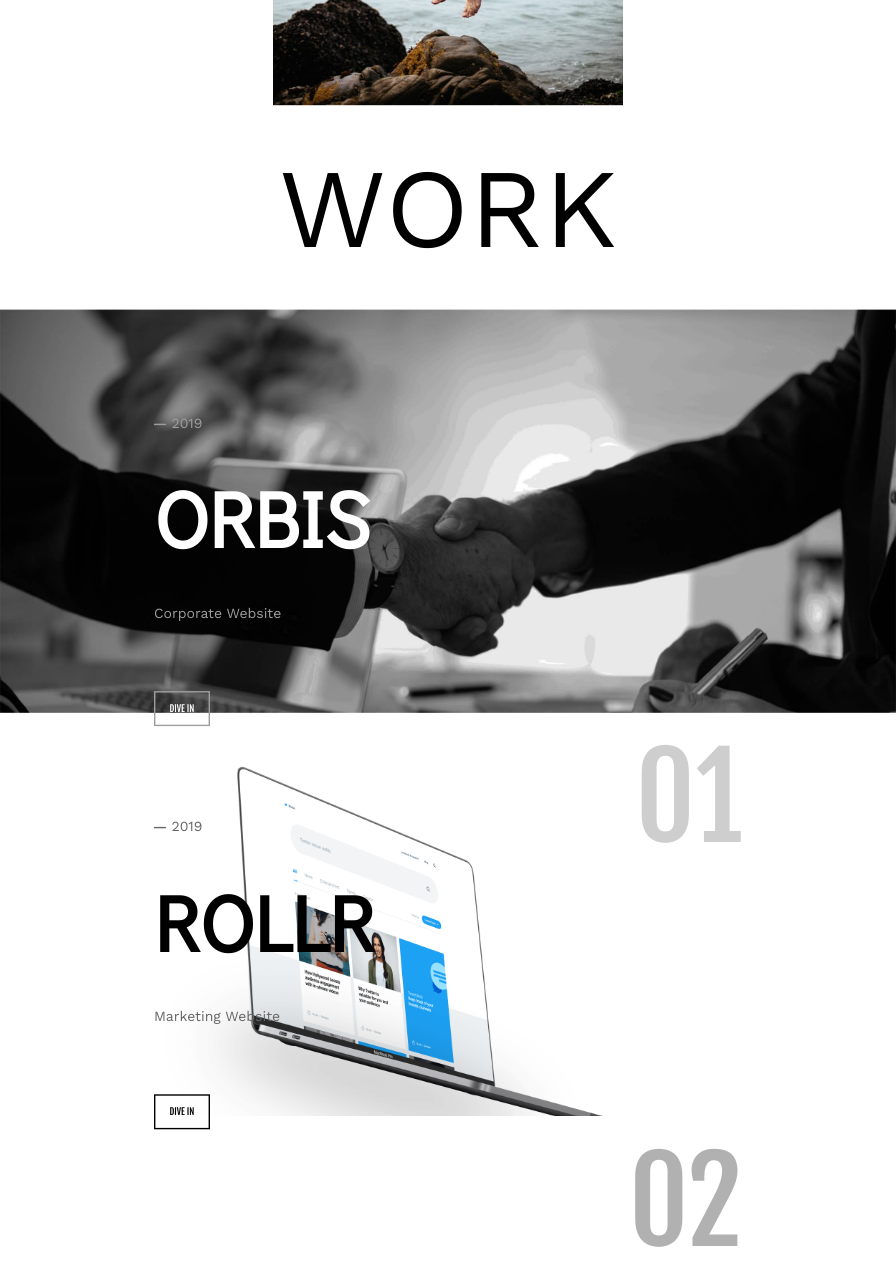
Repository: m0lt/DigitalDesigner
Page: index.html
These files come from the project's save history. The page is drawn as it stood at one moment and after the next save; the edit follows.
The browser window is 1280 px wide. The pictures show the part of the page from y = 966 to 2886 px (the page is 2786 px tall before and 2886 px after), at 70% of full size.
Backgrounds fixed to the window are drawn as part of the page.

Above is the page before, as saved 2025-07-08 11:26:04.

After the next save:
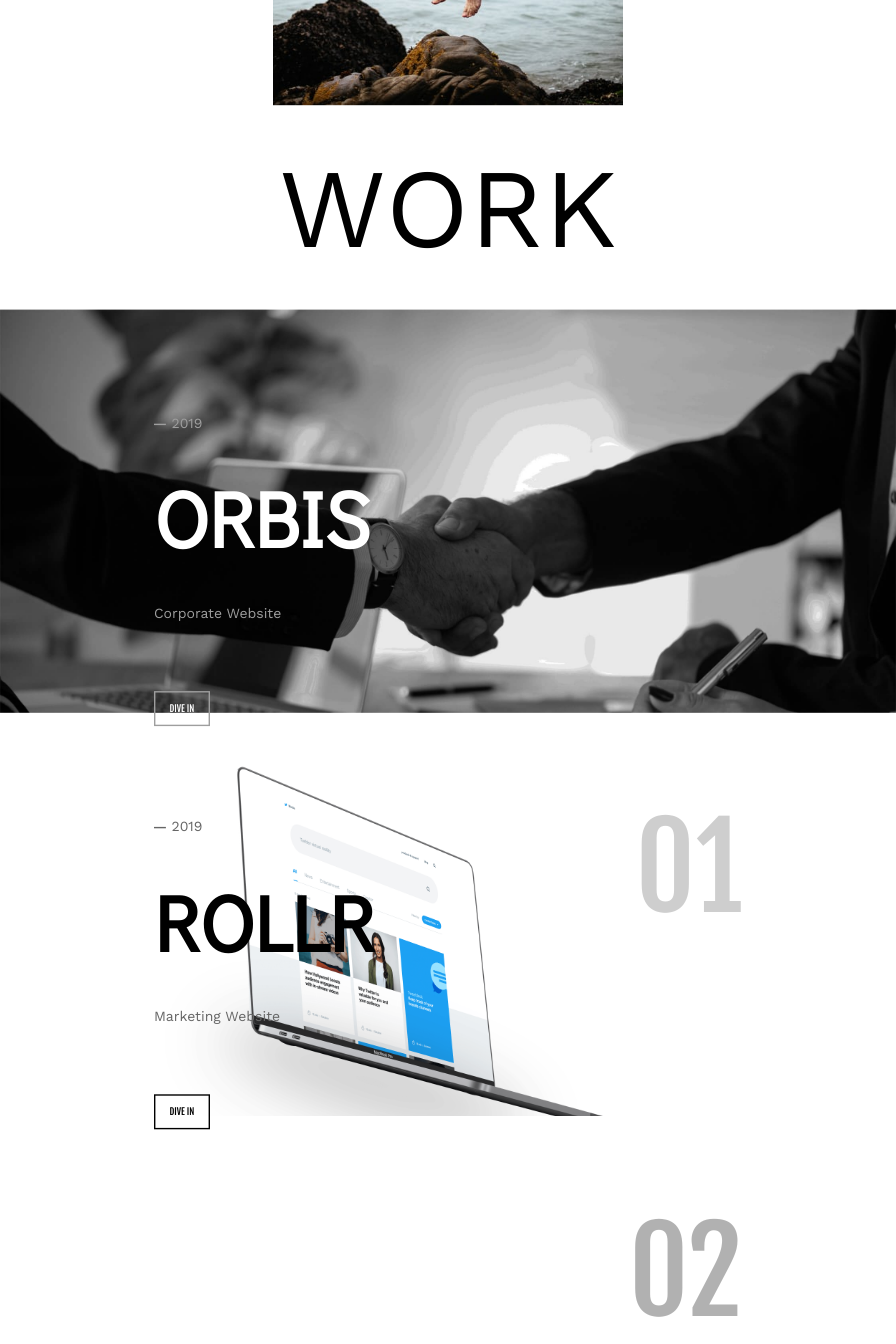
Saved 37 s later.
--- a/assets/css/styles.css
+++ b/assets/css/styles.css
@@ -71,7 +71,7 @@ button {
   border-width: 2px;
   border-style: solid;
   padding: 15px 20px;
-  margin-top: 100px;
+  margin: 100px 0;
   background-color: transparent;
   font-family: "Fjalla One";
 }
